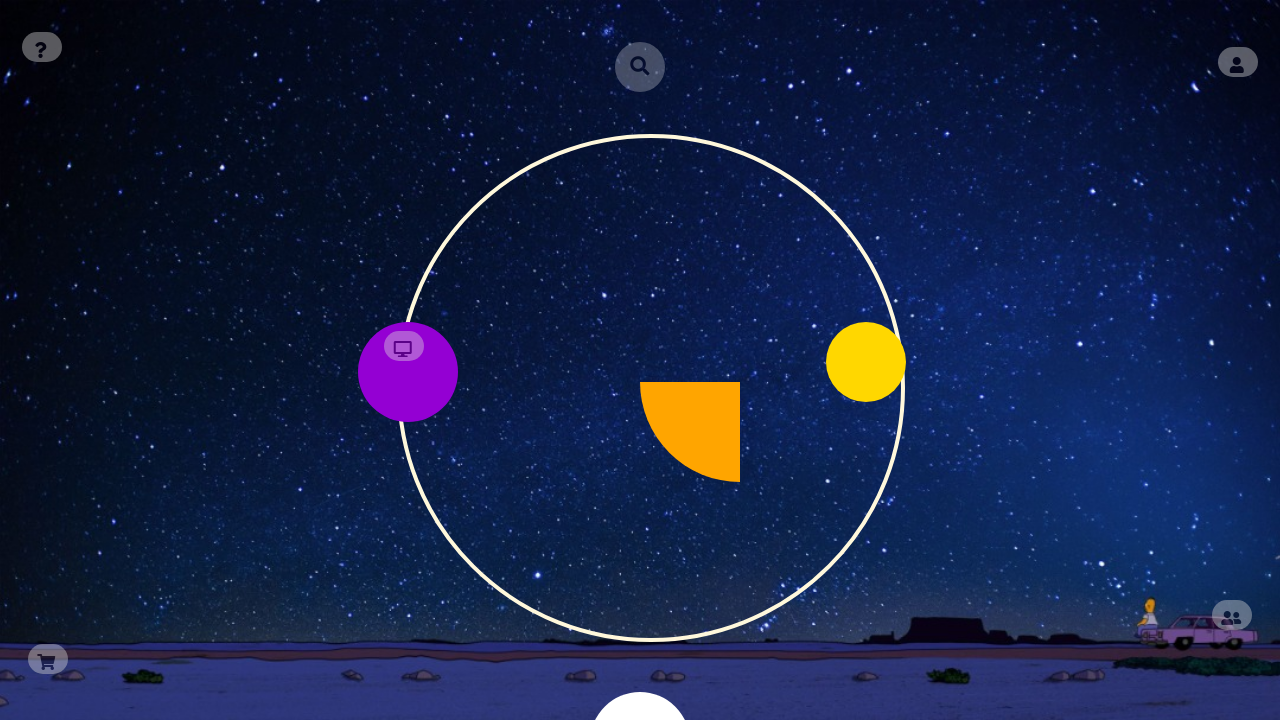
Repository: NFEL/Jupiter_shop
Page: Webpages/lnading page/landing.html
The author's editor kept a copy of each file at every save. The page is drawn from the files as they stood at one save, then again after the next save.
The browser window is 1280 px wide. The pictures show the whole page.
Some web libraries are served in a nearby version.

Above is the page before, as saved 2020-11-27 03:40:32.

### Webpages/lnading page/landing.html

<html lang="en">
<head>
  <link rel="stylesheet" href="https://use.fontawesome.com/releases/v5.3.1/css/all.css" integrity="sha384-mzrmE5qonljUremFsqc01SB46JvROS7bZs3IO2EmfFsd15uHvIt+Y8vEf7N7fWAU" crossorigin="anonymous">
  <link rel="stylesheet" href="https://fonts.googleapis.com/icon?family=Material+Icons">
  <script>var asghar = false;
  function showoverlay()
  {
    if (asghar == false){asghar = true;
      document.getElementById("overlay").style.visibility = "visible";
      }
      else
      { asghar = false;
        document.getElementById("overlay").style.visibility = "hidden";}

  }</script>
</head>
<body>

<link rel="stylesheet" href="landing.css">

<div class="header">

<form action="">
  <input type="search">
  <i class="fa fa-search"></i>

</form>
<span id="overlay" class="squere">hi</span>
<button onclick="showoverlay()" class="btn"><i class="fa fa-user"></i></button>
<button class="btn2"><i class="fa fa-question"></i></button>

</div>

<div class="body">
  <div class="loader">
  </div>
  <span class="dot"></span>
  <span class="dot2"></span>
  <span class="dot3"></span>
  <button class="btn5"><i class="fa fa-desktop"></i></button>

  <div class="main">
    <div class="quarter quarter3"></div>
    <div class="cutout"></div>
  </div>

</div>

<div class="footer">
  <button class="btn3"><i class="fa fa-user-friends"></i></button>
  <button class="btn4"><i class="fa fa-shopping-cart"></i></button>
</div>
</body>
</html>

### Webpages/lnading page/landing.css
body {
    background-image:    url(back.jpeg);
    background-size:     cover;                      /* <------ */
    background-repeat:   no-repeat;
    background-position: center center;              /* optional, center the image */
    overflow: hidden;

    position: absolute;
    display: flex;
    flex-direction: column;
    align-items: right center;
    padding: 0;
    margin: 0;
    height: 100vh;
    width: 100%;
}

form{
    position: relative;
    top: 50%;
    left: 50%;
    transform: translate(-50%,-50%);
    transition: all 1s;
    width: 50px;
    height: 50px;
    background: white;
    box-sizing: border-box;
    border-radius: 25px;
    border: 4px solid white;
    padding: 5px;
    opacity: 0.25;
}
input{
    position: absolute;
    top: 0;
    left: 0;
    width: 100%;;
    height: 42.5px;
    line-height: 30px;
    outline: 0;
    border: 0;
    display: none;
    font-size: 1em;
    border-radius: 20px;
    padding: 0 20px;
}

.fa{
    box-sizing: border-box;
    padding: 10px;
    width: 42.5px;
    height: 42.5px;
    position: absolute;
    top: 0;
    right: 0;
    border-radius: 50%;
    color: #07051a;
    text-align: center;
    font-size: 1.2em;
    transition: all 1s;
}

form:hover{
    width: 200px;
    cursor: pointer;
}

form:hover input{
    display: block;
}

form:hover .fa{
    background: #07051a;
    color: white;
}

.btn {
    position: relative;
    left: 95%;
    bottom: 35%;
    background-color: #ddd;
    border:red;
    padding: 15px 20px;
    text-align: center;
    text-decoration: violet;
    display: flex;
    margin: 10px 2px;
    cursor: pointer;
    border-radius: 80px;
    opacity: 0.4;
  }

  .btn :hover{
    background-color: darkorange;
  }
  .btn2 {
    position: fixed;
    right: 95%;
    bottom: 90%;
    background-color: #ddd;
    border:red;
    padding: 15px 20px;
    text-align: center;
    text-decoration: violet;
    display: flex;
    margin: 10px 2px;
    cursor: pointer;
    border-radius: 50px;
    opacity: 0.4;
  }
  .btn3 {
    position: fixed;
    right: 2%;
    top: 82%;
    background-color: #ddd;
    border:red;
    padding: 15px 20px;
    text-align: center;
    text-decoration: violet;
    display: flex;
    margin: 10px 2px;
    cursor: pointer;
    border-radius: 50px;
    opacity: 0.4;
  }
  .btn4 {
    position: fixed;
    left: 2%;
    top: 88%;
    background-color: #ddd;
    border:red;
    padding: 15px 20px;
    text-align: center;
    text-decoration: violet;
    display: flex;
    margin: 10px 2px;
    cursor: pointer;
    border-radius: 50px;
    opacity: 0.4;
  }
  .loader {
    border-right: 4px solid cornsilk;
    border-left: 4px solid cornsilk;
    border-radius: 50%;
    margin: 0% 31%;
    border-top: 4px solid cornsilk;
    border-bottom: 4px solid cornsilk;
    width: 500px;
    height: 500px;
}
.dot {
    height: 100px;
    width: 100px;
    background-color:darkviolet;
    border-radius: 50%;
    display: inline-block;
    margin: -25% 28%;
  }
  .btn5 {
    position: fixed;
    left: 30%;
    top: 46%;
    background-color: #ddd;
    border:red;
    padding: 15px 20px;
    text-align: center;
    text-decoration: violet;
    display: flex;
    cursor: pointer;
    border-radius: 50px;
    opacity: 0.4;
  }
  .dot2 {
    height: 80px;
    width: 80px;
    background-color:gold;
    border-radius: 50%;
    display: inline-block;
    margin: -25% 64.5%;
  }
  .dot2 {
    height: 80px;
    width: 80px;
    background-color:gold;
    border-radius: 50%;
    display: inline-block;
    margin: -25% 64.5%;
  }

  .squere
  {
      width: 50px;
      height: 50px;
      background-color: grey;
      visibility: hidden;
  }

  .main {
    position: relative;
    width: 200px;
    height: 200px;
    margin: 0 auto;
  }
  .quarter {
    position: absolute;
    width: 50%;
    height: 50%;
    transition: background-color 0.2s ease-in-out;
  }
  .quarter:hover {
    background-color: pink;
  }
  .quarter3 {
    bottom: 180%;
    left: 50%;
    background-color: orange;
    border-radius: 0 0 0 100%;
  }

  .cutout {
    width: 50%;
    height: 50%;
    background-color: white;
    position: absolute;
    top: 25%;
    left: 25%;
    border-radius: 50%;
    pointer-events: none;
  }

After the next save:
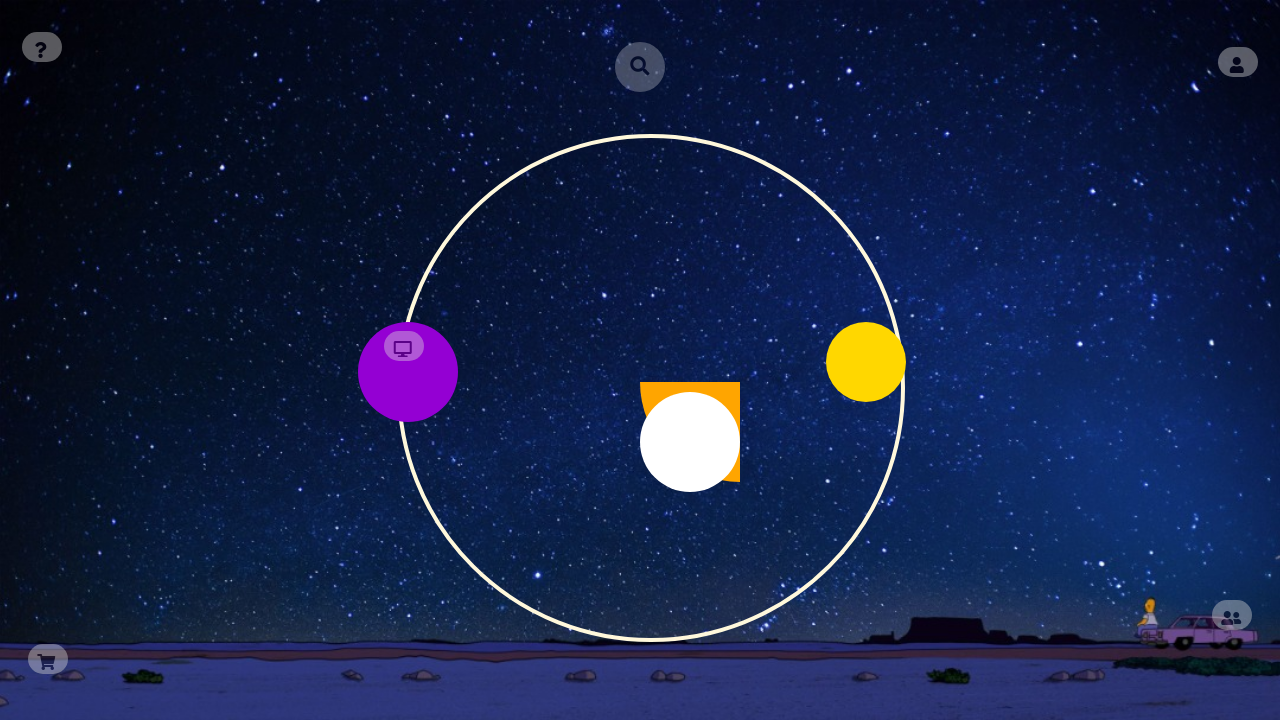
Saved 59 s later.
--- a/Webpages/lnading page/landing.css
+++ b/Webpages/lnading page/landing.css
@@ -222,8 +222,8 @@
     height: 50%;
     background-color: white;
     position: absolute;
-    top: 25%;
-    left: 25%;
+    bottom: 175%;
+    left: 50%;
     border-radius: 50%;
     pointer-events: none;
   }
